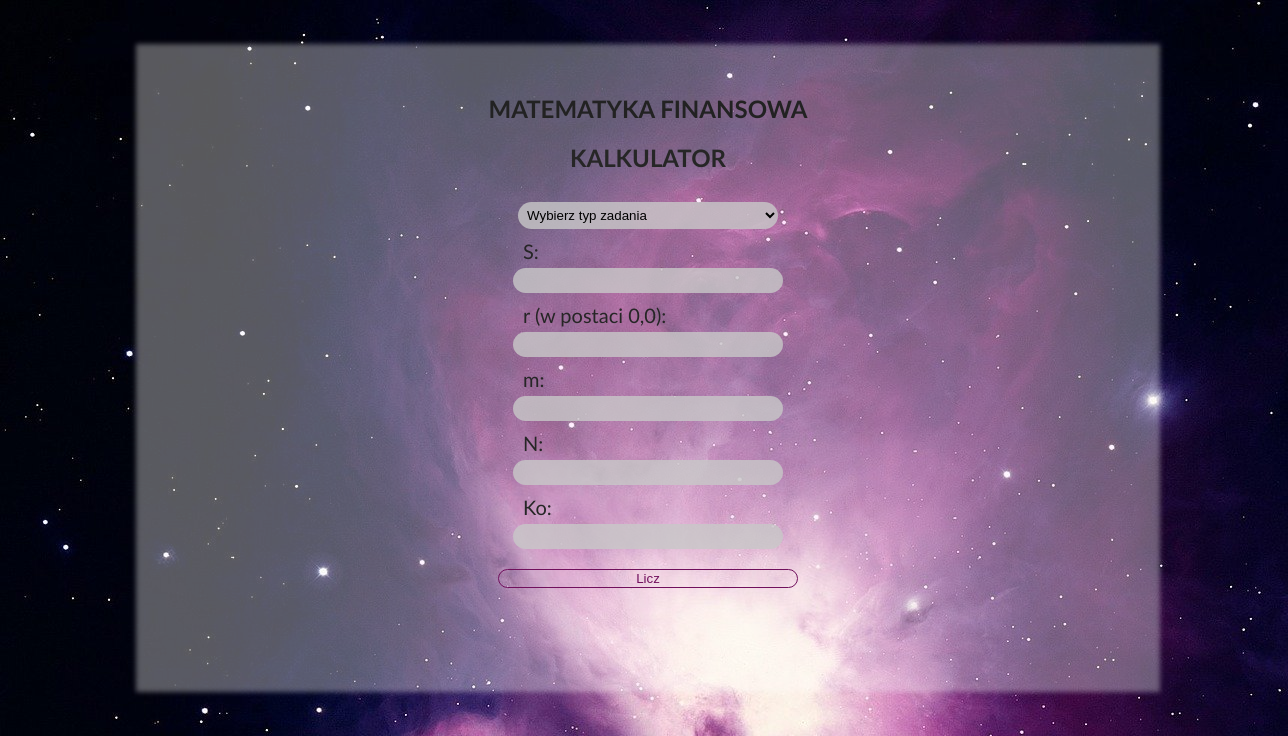
Repository: ravkita/MFCalc
Page: index.html
These files come from the project's save history. The page is drawn as it stood at one moment and after the next save; the edit follows.
The browser window is 1280 px wide. The page is 1288 px wide, so the pictures cover 1288 px, including what lies to the right of the window. The pictures show the whole page.

Above is the page before, as saved 2021-04-12 19:51:08.

After the next save:
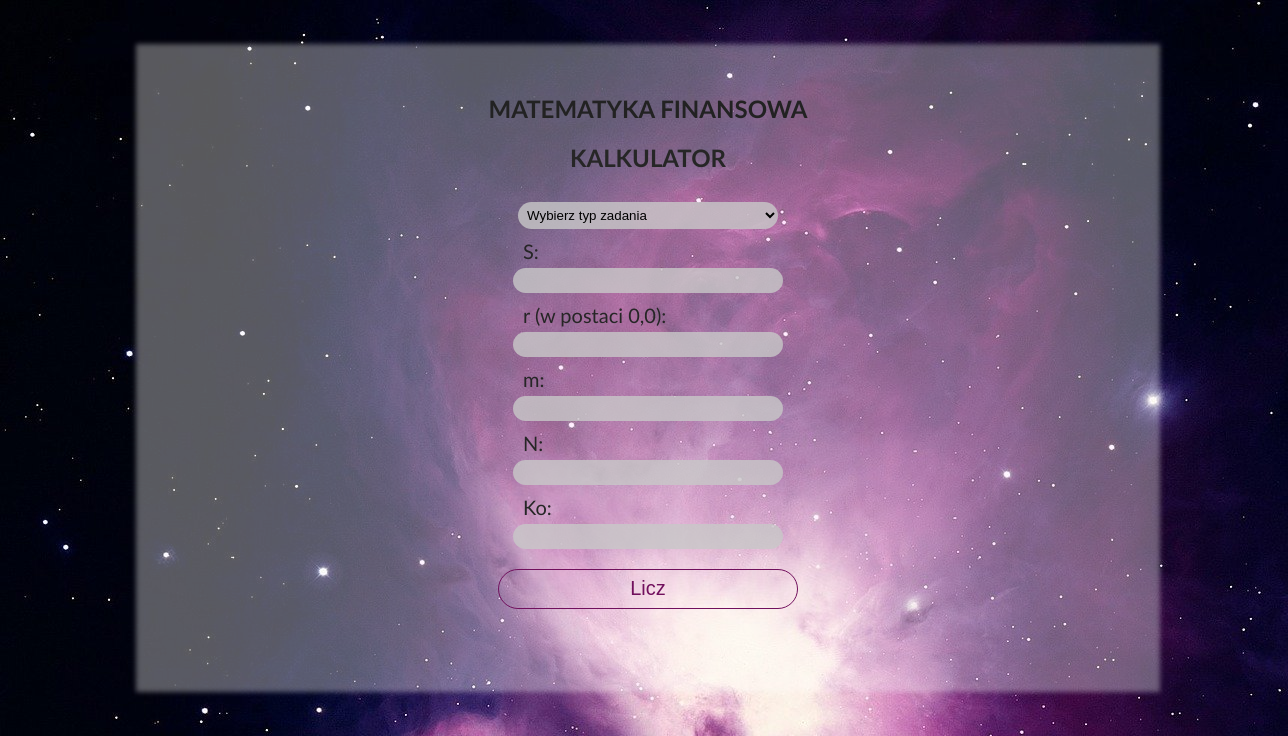
Saved 23 s later.
--- a/index.html
+++ b/index.html
@@ -83,7 +83,8 @@
             border: solid 1px #71105D;
             color: #71105D;
             border-radius: 30px;
-
+            font-size: 20px;;
+            padding: 7.5px 0;
         }
     </style>
 </head>
